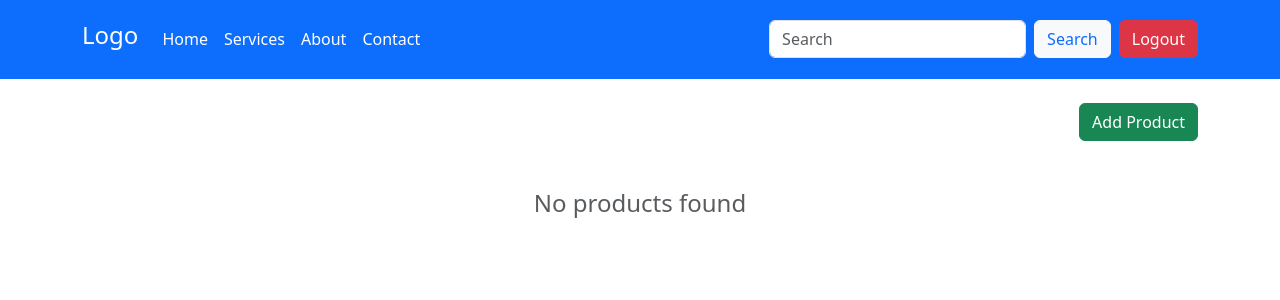
Repository: Habeebur1493/App
Page: /home (app in frontend/src/)
An editor plug-in stored every save of this project. The page is shown before and after the next save, followed by the edit.
The browser window is 1280 px wide. The pictures show the whole page.
The project was rebuilt for these pictures with package versions that can differ from the ones it lists, and the page was loaded fresh each time. Also part of the build but not shown: frontend/src/LoginValidation.js, frontend/src/Login.js, frontend/src/SignupValidation.js, frontend/src/Signup.js, frontend/src/ViewProduct.js, frontend/src/ProductForm.js, frontend/src/AddProduct.js.

Above is the page before, as saved 2025-02-16 23:24:34.

After the next save:
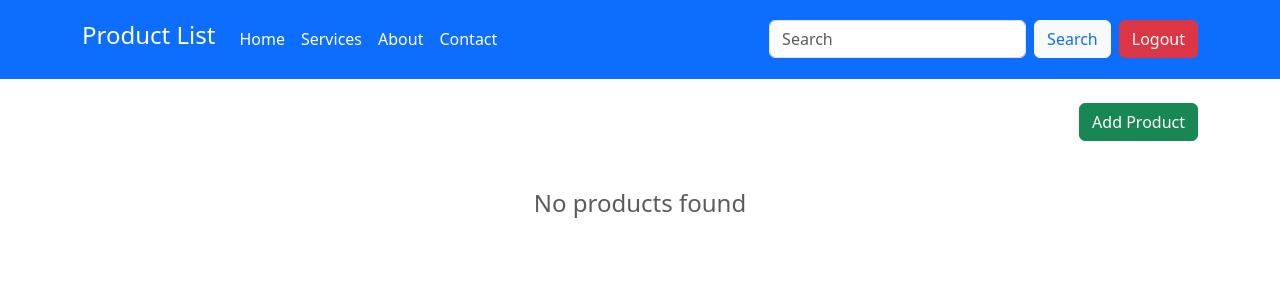
Saved 18 min 30 s later.
--- a/frontend/src/Home.js
+++ b/frontend/src/Home.js
@@ -23,7 +23,7 @@ function Home() {
       {/* Responsive Navbar */}
       <nav className="navbar navbar-expand-lg bg-primary p-3 text-white">
         <div className="container">
-          <h1 className="navbar-brand text-white" style={{ fontSize: "24px" }}>Logo</h1>
+          <h1 className="navbar-brand text-white" style={{ fontSize: "24px" }}>Product List</h1>
           <button
             className="navbar-toggler"
             type="button"
